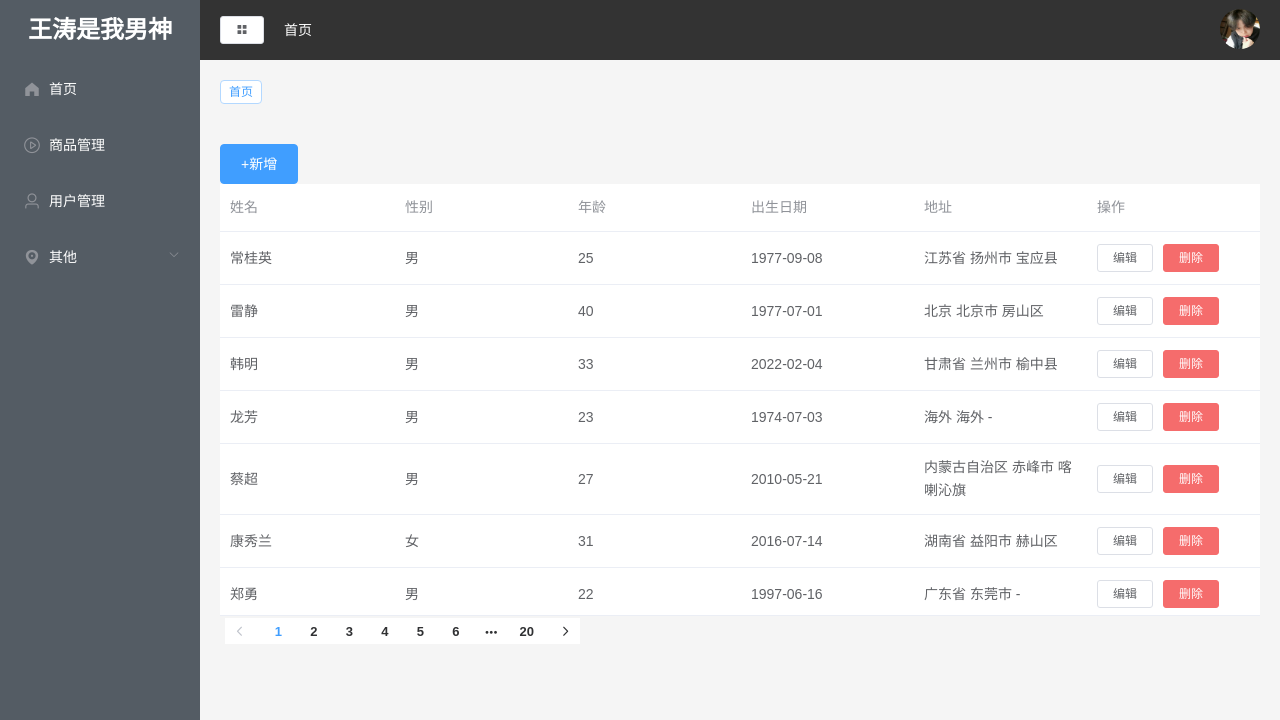
Repository: wangtao20230308/-
Page: /user
An editor plug-in stored every save of this project. The page is shown before and after a run of saves, followed by the edit.
The browser window is 1280 px wide. The pictures show the whole page.
The page's requests for data from a server got no answer. An inner scrolling area shows only its first screen. The project was rebuilt for these pictures with package versions that can differ from the ones it lists, and the page was loaded fresh each time. No one was signed in, and anything a server would have sent is missing. Also part of the build but not shown: src/views/Home.vue, src/views/Mall.vue, src/views/PageOne.vue, src/views/PageTwo.vue.

Above is the page before, as saved 2023-03-27 13:26:21.

After the next 2 saves:
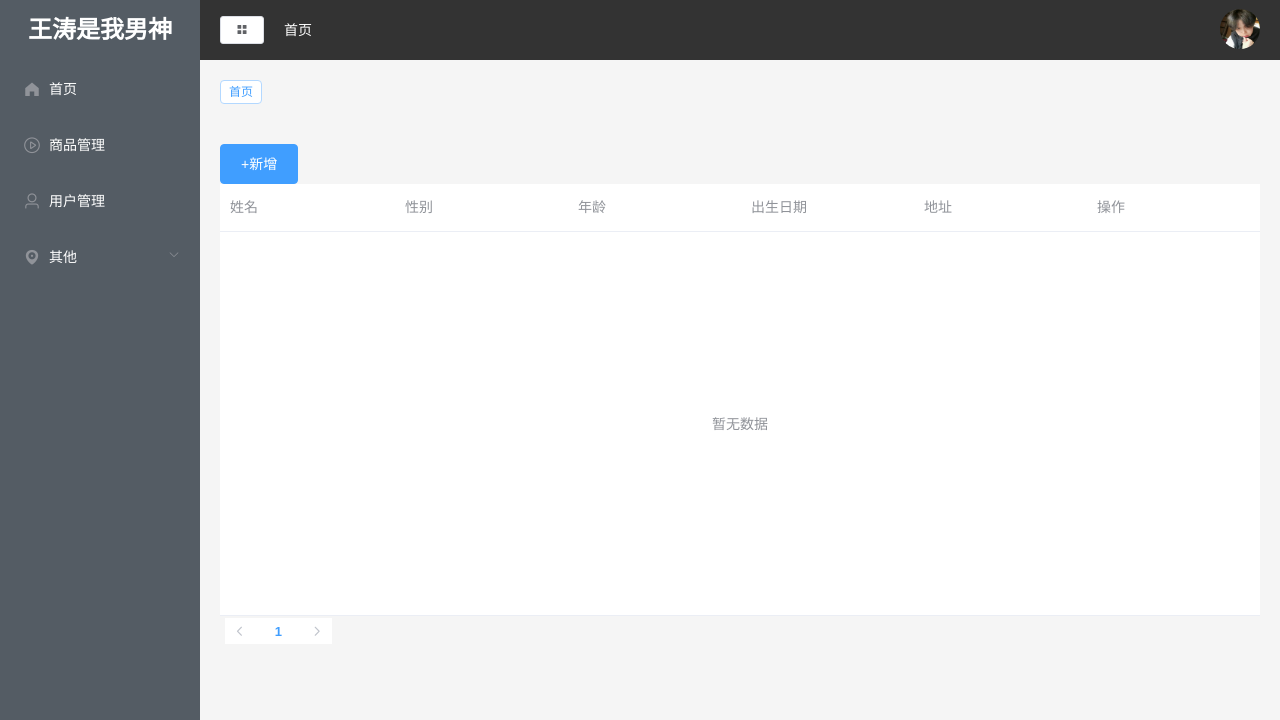
The 2 saves are shown as one change because 1 did not build or start.
The last was saved 6 min 9 s later.
--- a/src/views/User.vue
+++ b/src/views/User.vue
@@ -167,7 +167,7 @@ export default {
     //公共，获取列表数据
     getList() {
       // 获取列表数据
-      getUser(this.pageData).then(({ data }) => {
+      getUser({ params: this.pageData }).then(({ data }) => {
         console.log(data, 'data')
         this.tableData = data.list
         this.total = data.count || 0

After the save that followed:
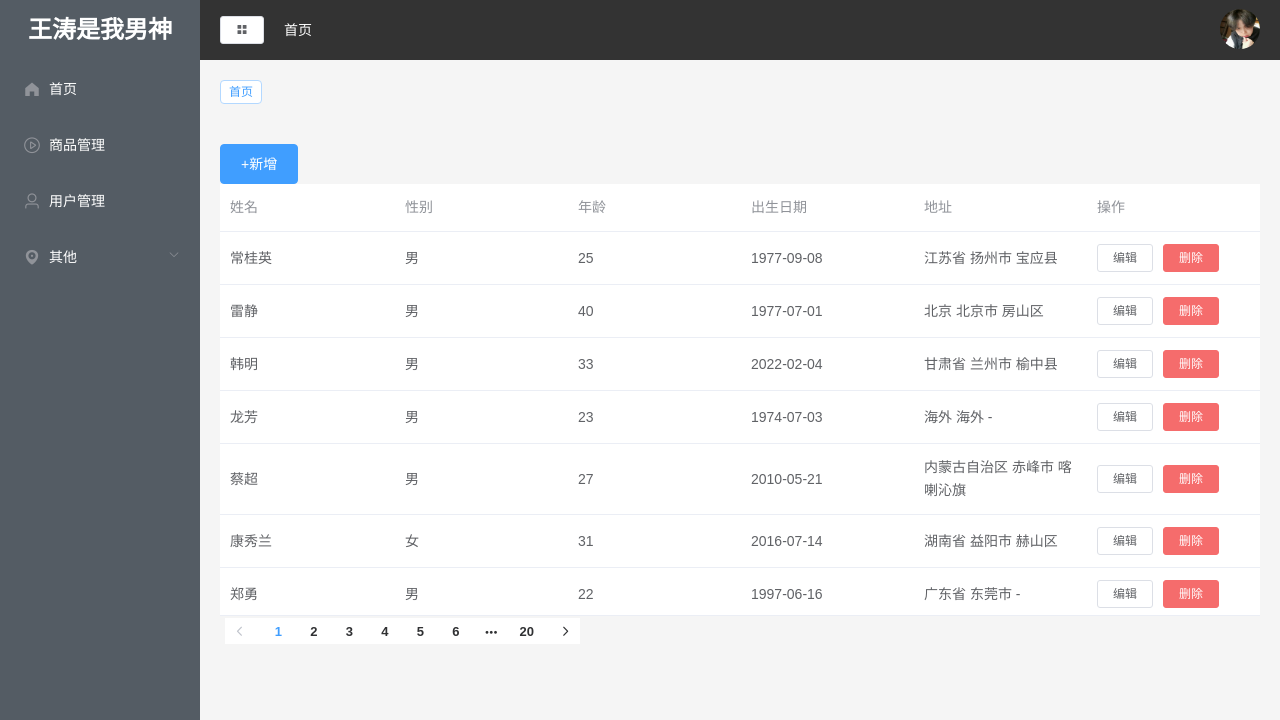
Saved 38 s later.
--- a/src/api/mock.js
+++ b/src/api/mock.js
@@ -14,4 +14,4 @@ Mock.mock('/api/home/getData', 'get', homeApi.getStatisticalData)
 Mock.mock('/api/user/add', 'post', user.createUser) //新增
 Mock.mock('/api/user/edit', 'post', user.updateUser) //编辑
 Mock.mock('/api/user/del', 'post', user.deleteUser) //删除
-Mock.mock('/api/user/getUser', 'get', user.getUserList) //获取表格数据
+Mock.mock(/api\/user\/getUser/, 'get', user.getUserList) //获取表格数据
